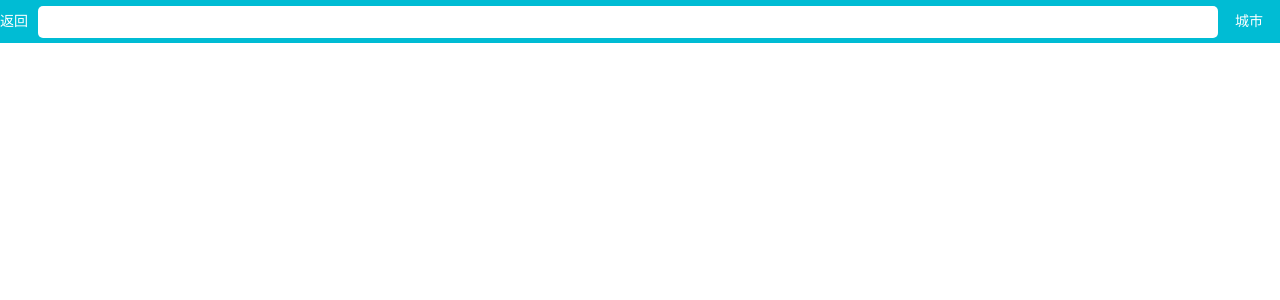
Repository: ruanjiangongcheng250/travel
Page: /
An editor plug-in stored every save of this project. The page is shown before and after a run of saves, followed by the edit.
The browser window is 1280 px wide. The pictures show the whole page.
The project was rebuilt for these pictures with package versions that can differ from the ones it lists, and the page was loaded fresh each time. Also part of the build but not shown: src/assets/styles/border.css.

Above is the page before, as saved 2019-06-12 10:41:58.

After the next 2 saves:
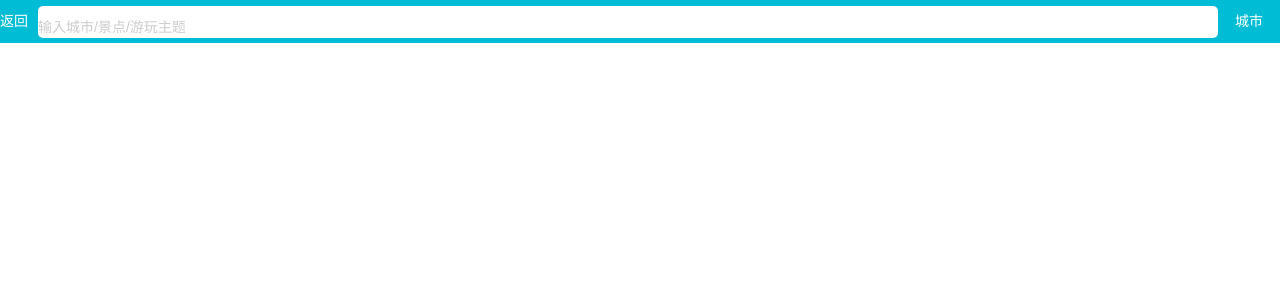
The 2 saves are shown as one change because 1 did not build or start.
The last was saved 35 s later.
--- a/src/pages/home/components/HomeHeader.vue
+++ b/src/pages/home/components/HomeHeader.vue
@@ -28,6 +28,7 @@ export default {
       background: #fff;
       border-radius: .1rem;
       margin-top: .12rem;
+      color: #ccc;
     .header-right
       width: 1.24rem;
       float: right;
